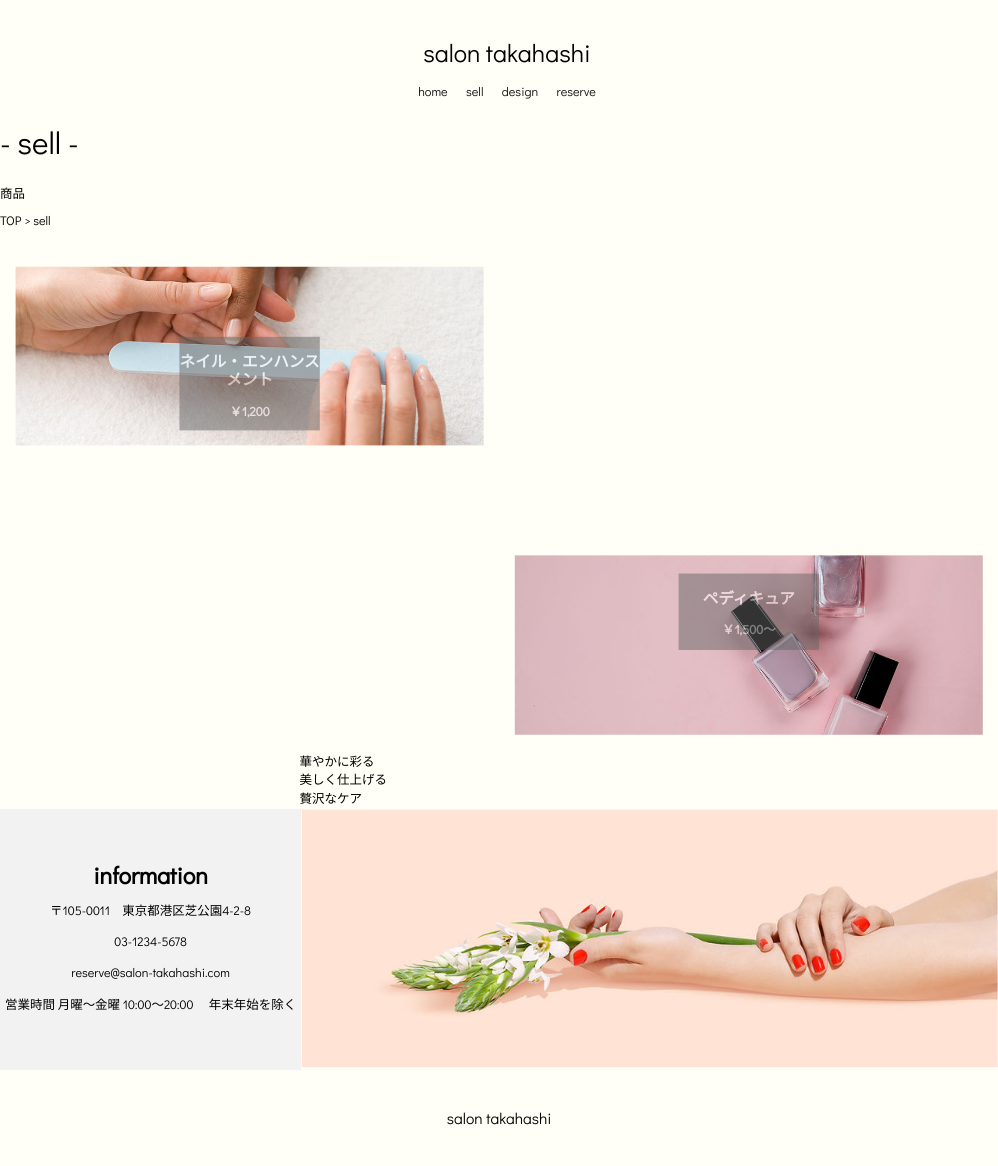
Repository: yukitakahashi1002/salontakahashi-
Page: sell.html
An editor plug-in stored every save of this project. The page is shown before and after the next save, followed by the edit.
The browser window is 1280 px wide. The pictures show the whole page, at 78% of full size.

Above is the page before, as saved 2023-08-02 01:39:13.

After the next save:
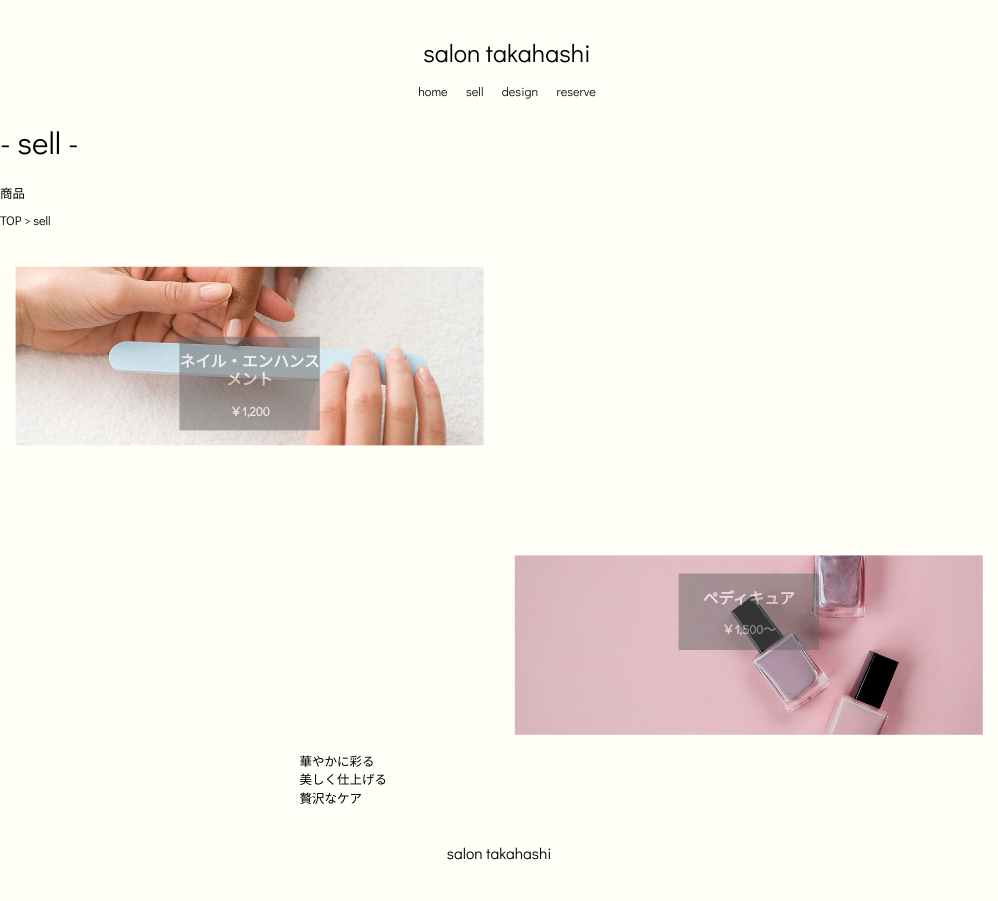
Saved 26 s later.
--- a/sell.html
+++ b/sell.html
@@ -54,22 +54,6 @@
                     <p> 贅沢なケア</p>
                 </div>
             </section>
-            <section id="infomertion">
-                <table class="information-table">
-                    <tr>
-                        <td class="infomertion-left">
-                            <strong>information</strong><br>
-                            〒105-0011　東京都港区芝公園4-2-8<br>
-                            03-1234-5678<br>
-                            reserve@salon-takahashi.com<br>
-                            営業時間   月曜〜金曜 10:00〜20:00 　年末年始を除く
-                        </td>
-                        <td class="infomertion-right">
-                            <img src="images/b3d2a5f91121434bb73a96041b57b6d9.jpg" alt="タカハシサロン情報、花とネイルの画像">
-                        </td>
-                    </tr>
-                </table>
-            </section>
         </article>
         <footer>
             <div>
